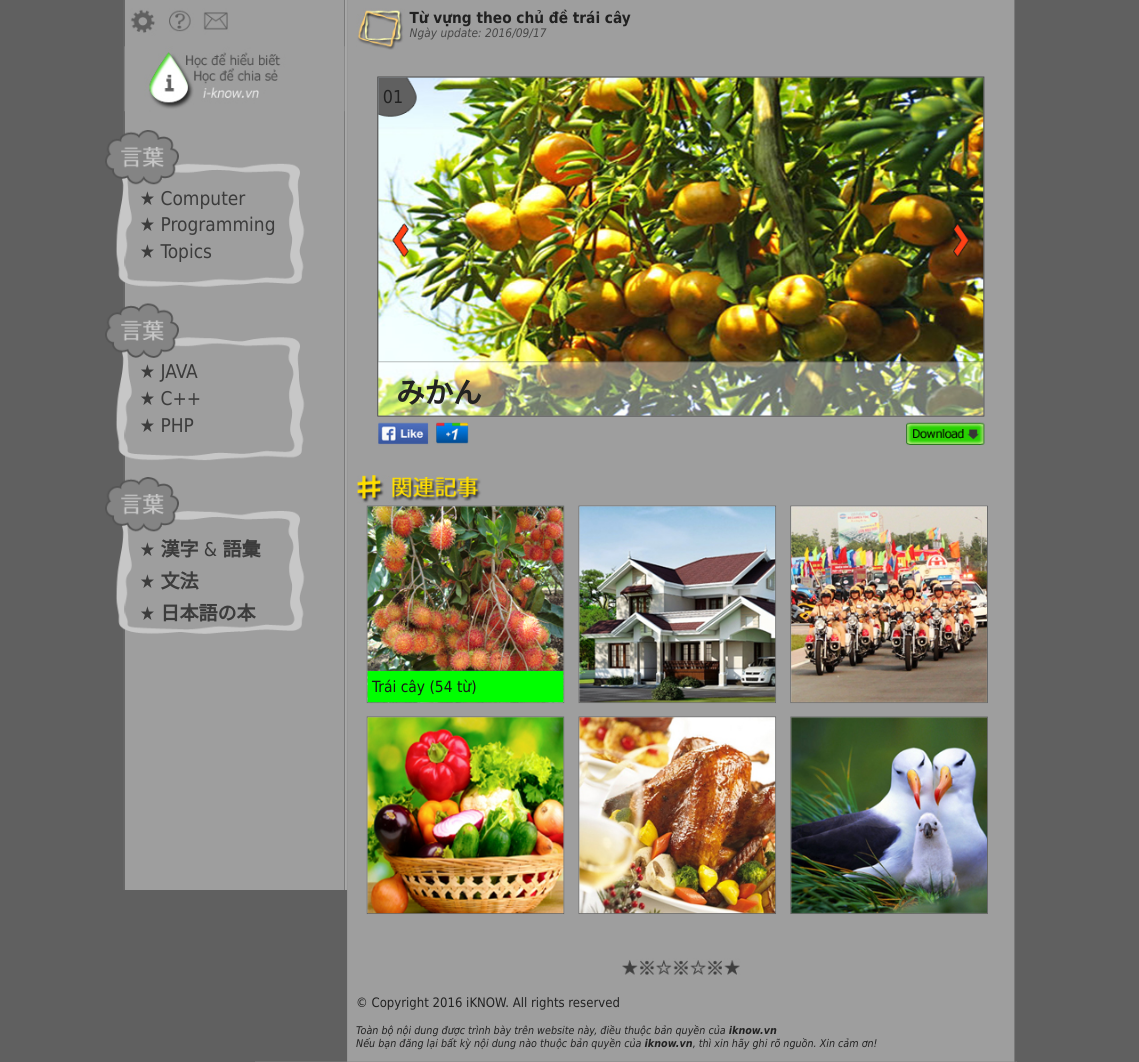
Repository: ruanonglam/_workspace
Page: Web Design/iknow.vn/WebContent/cotoba-view.html
The author's editor kept a copy of each file at every save. The page is drawn from the files as they stood at one save, then again after the next save.
The browser window is 1280 px wide. The pictures show the whole page, at 89% of full size.

Above is the page before, as saved 2016-09-18 05:54:38.

After the next save:
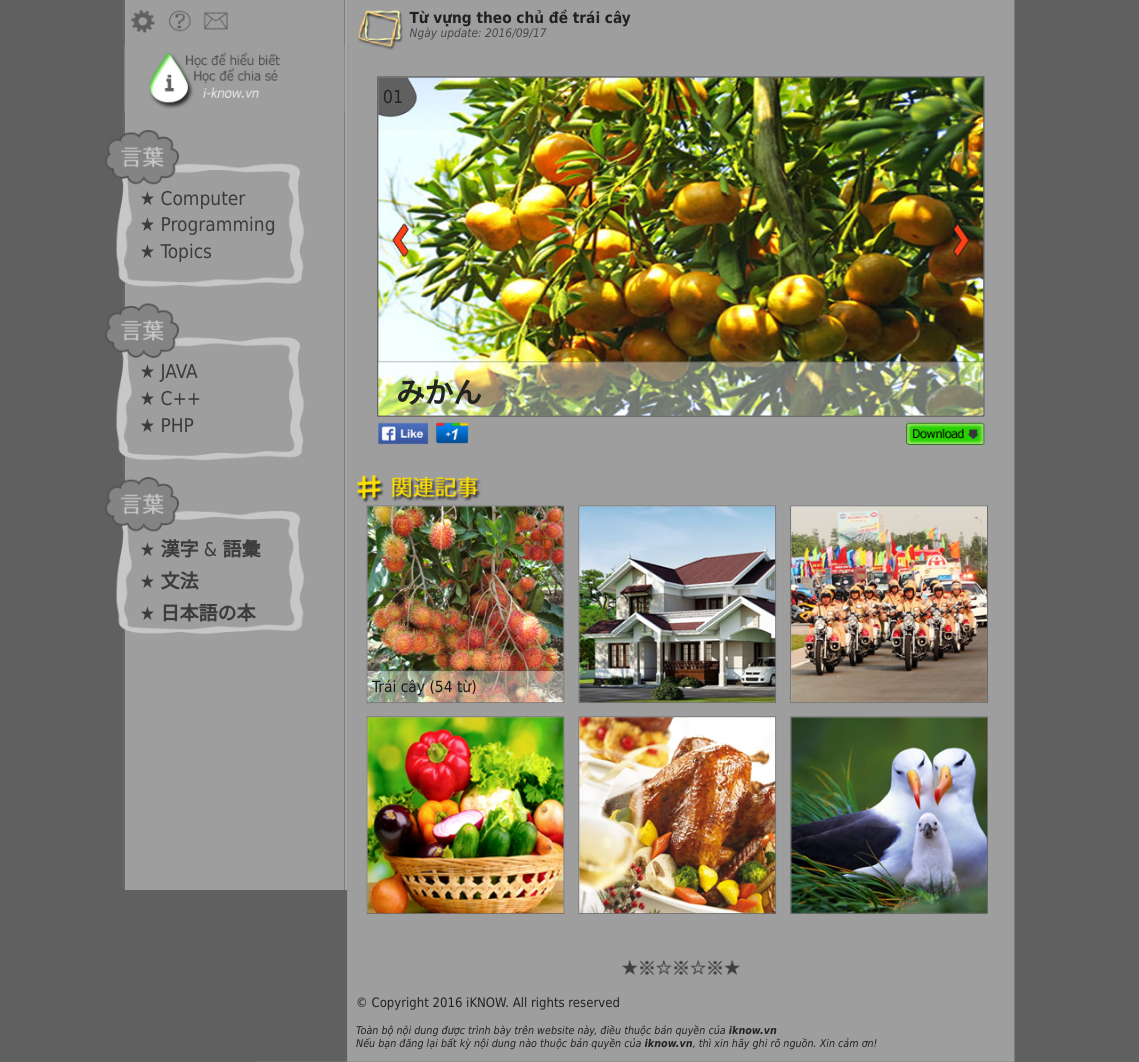
Saved 7 s later.
--- a/Web Design/iknow.vn/WebContent/_css/main.css
+++ b/Web Design/iknow.vn/WebContent/_css/main.css
@@ -249,7 +249,6 @@ div.right_relate_item font{
 	padding-top: 7px;
 	padding-left: 5px;
 	color: #181818;
-	background: lime;
 }
 
 
